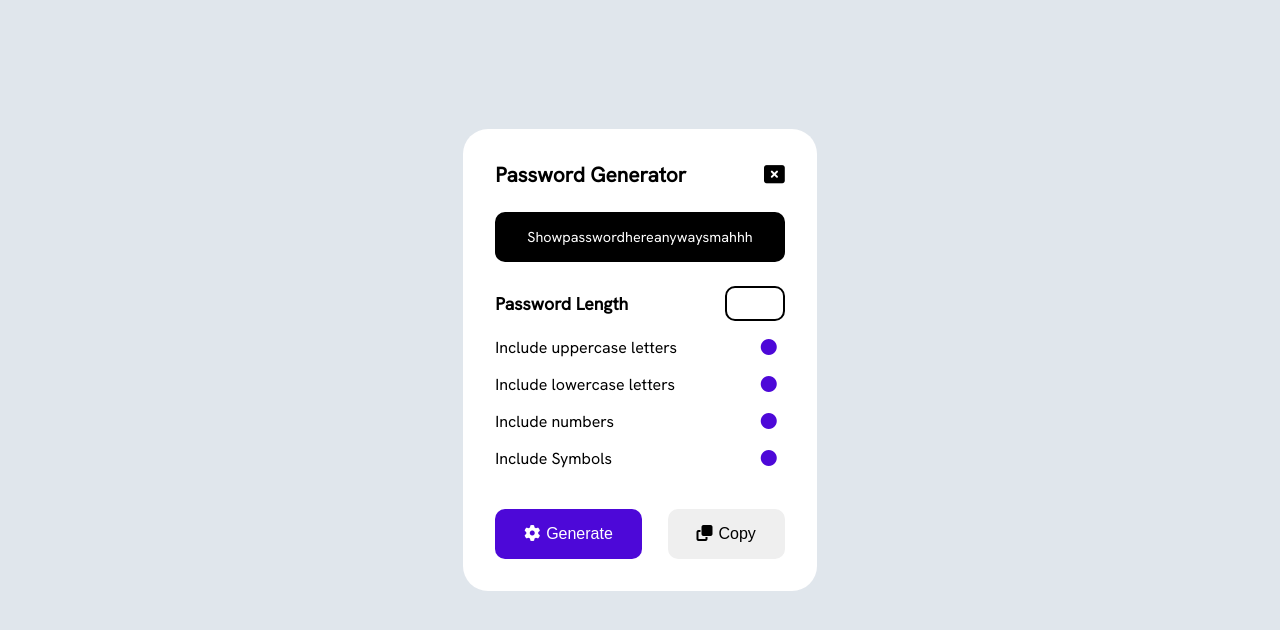
Repository: emiliaiwu/password_generator
Page: index.html
The author's editor kept a copy of each file at every save. The page is drawn from the files as they stood at one save, then again after the next save.
The browser window is 1280 px wide. The pictures show the whole page.
Some web libraries are served in a nearby version.

Above is the page before, as saved 2022-12-14 04:50:29.

After the next save:
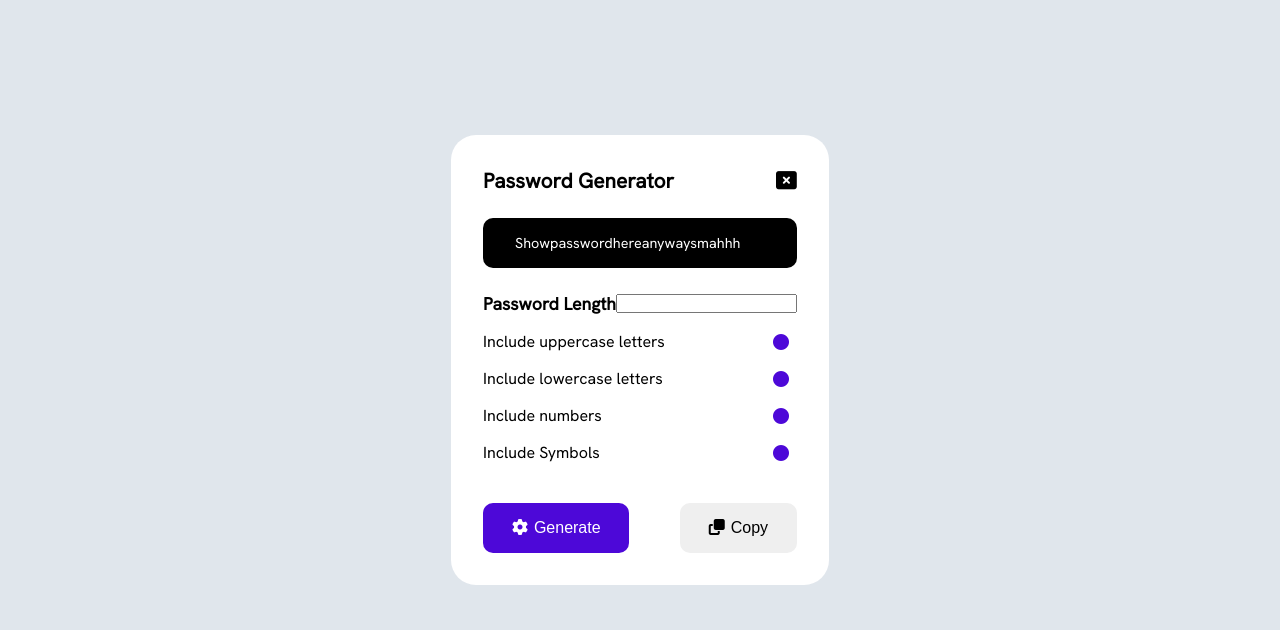
Saved 6 s later.
--- a/style.css
+++ b/style.css
@@ -74,7 +74,7 @@
     word-wrap: break-word;
 }
 
-
+.pas
 
 .password_length input[type="text"] {
     width: 60px;

After the save that followed:
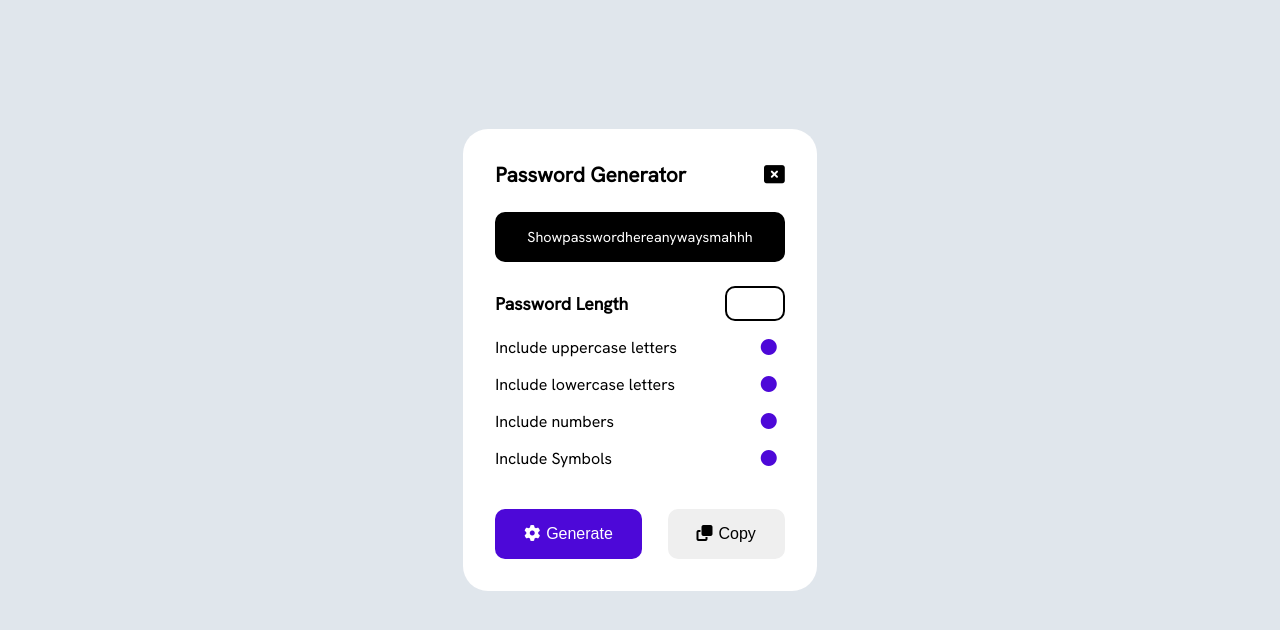
Saved 4 s later.
--- a/style.css
+++ b/style.css
@@ -74,7 +74,9 @@
     word-wrap: break-word;
 }
 
-.pas
+.password_length {
+
+}
 
 .password_length input[type="text"] {
     width: 60px;
